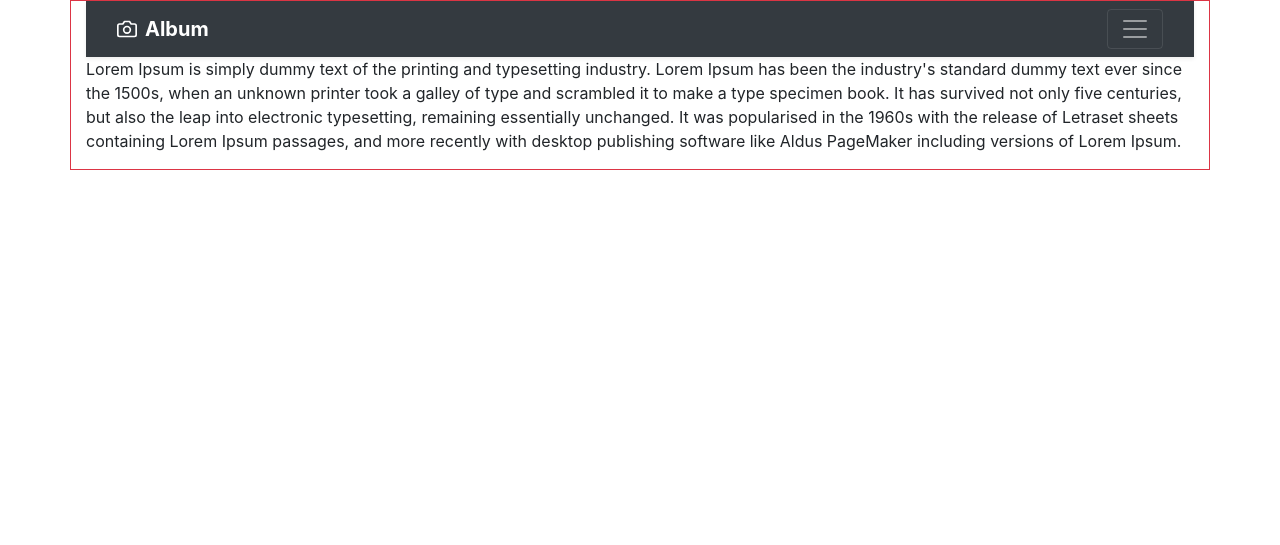
Repository: shankaraswal/react-multiple-ex
Page: /dark
These files come from the project's save history. The page is drawn as it stood at one moment and after the next save; the edit follows.
The browser window is 1280 px wide. The pictures show the whole page.
The project was rebuilt for these pictures with package versions that can differ from the ones it lists, and the page was loaded fresh each time.

Above is the page before, as saved 2020-02-04 17:25:33.

### src/App.js
import React from 'react';

import Header from './components/common/Header'
import CopyArea from './components/common/CopyArea'

function App() {
  return (
    <div className="App container border border-danger">
      <Header />
      <CopyArea/>
    </div>
  );
}

export default App;

### src/components/common/Header.js

import React, { Component } from 'react'

export class Header extends Component {
  render() {
    return (
      <header>
  <div className="collapse bg-dark" id="navbarHeader">
    <div className="container">
      <div className="row">
        <div className="col-sm-8 col-md-7 py-4">
          <h4 className="text-white">About</h4>
          <p className="text-muted">Add some information about the album below, the author, or any other background context. Make it a few sentences long so folks can pick up some informative tidbits. Then, link them off to some social networking sites or contact information.</p>
        </div>
        <div className="col-sm-4 offset-md-1 py-4">
          <h4 className="text-white">Contact</h4>
          <ul className="list-unstyled">
            <li><a href="#" className="text-white">Follow on Twitter</a></li>
            <li><a href="#" className="text-white">Like on Facebook</a></li>
            <li><a href="#" className="text-white">Email me</a></li>
          </ul>
        </div>
      </div>
    </div>
  </div>
  <div className="navbar navbar-dark bg-dark shadow-sm">
    <div className="container d-flex justify-content-between">
      <a href="#" className="navbar-brand d-flex align-items-center">
        <svg xmlns="http://www.w3.org/2000/svg" width="20" height="20" fill="none" stroke="currentColor" stroke-linecap="round" stroke-linejoin="round" stroke-width="2" aria-hidden="true" className="mr-2" viewBox="0 0 24 24" focusable="false"><path d="M23 19a2 2 0 0 1-2 2H3a2 2 0 0 1-2-2V8a2 2 0 0 1 2-2h4l2-3h6l2 3h4a2 2 0 0 1 2 2z"></path><circle cx="12" cy="13" r="4"></circle></svg>
        <strong>Album</strong>
      </a>
      <button className="navbar-toggler" type="button" data-toggle="collapse" data-target="#navbarHeader" aria-controls="navbarHeader" aria-expanded="false" aria-label="Toggle navigation">
        <span className="navbar-toggler-icon"></span>
      </button>
    </div>
  </div>
</header>
    )
  }
}

export default Header

### src/components/common/CopyArea.js
import React, { Component } from 'react'

export class CopyArea extends Component {
  render() {
    return (
      <div>
        <p>Lorem Ipsum is simply dummy text of the printing and typesetting industry. Lorem Ipsum has been the industry's standard dummy text ever since the 1500s, when an unknown printer took a galley of type and scrambled it to make a type specimen book. It has survived not only five centuries, but also the leap into electronic typesetting, remaining essentially unchanged. It was popularised in the 1960s with the release of Letraset sheets containing Lorem Ipsum passages, and more recently with desktop publishing software like Aldus PageMaker including versions of Lorem Ipsum.</p>
     </div>
    )
  }
}

export default CopyArea

Loaded but not shown: public/index.html (common file); src/index.js (common file); src/index.css (common file); src/serviceWorker.js (common file)

After the next save:
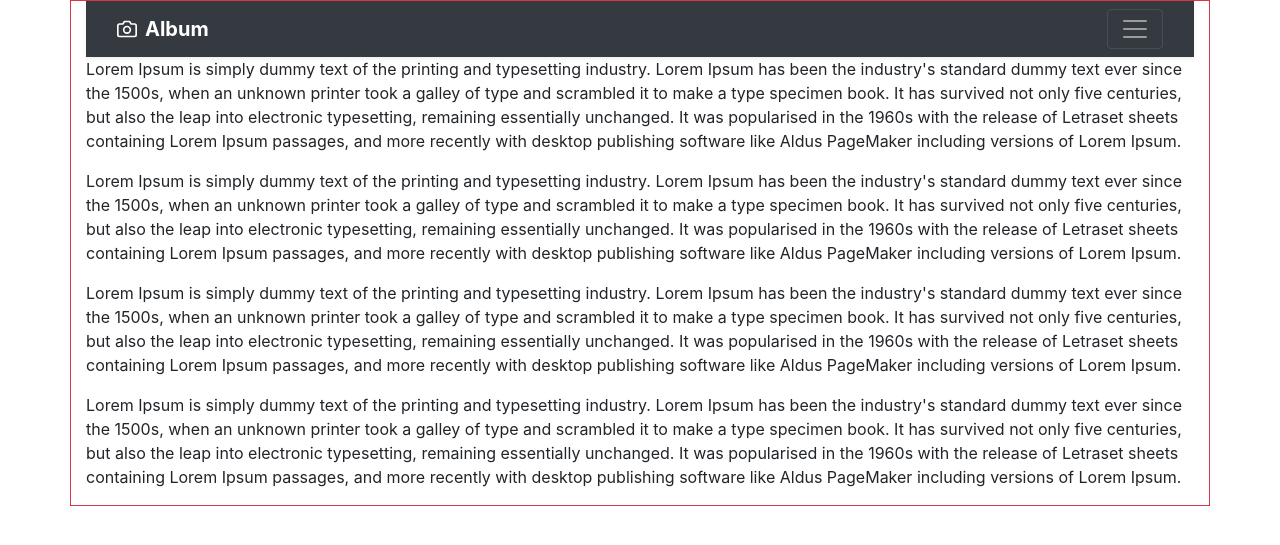
Saved 8 s later.
--- a/src/components/common/CopyArea.js
+++ b/src/components/common/CopyArea.js
@@ -5,6 +5,9 @@ export class CopyArea extends Component {
     return (
       <div>
         <p>Lorem Ipsum is simply dummy text of the printing and typesetting industry. Lorem Ipsum has been the industry's standard dummy text ever since the 1500s, when an unknown printer took a galley of type and scrambled it to make a type specimen book. It has survived not only five centuries, but also the leap into electronic typesetting, remaining essentially unchanged. It was popularised in the 1960s with the release of Letraset sheets containing Lorem Ipsum passages, and more recently with desktop publishing software like Aldus PageMaker including versions of Lorem Ipsum.</p>
+        <p>Lorem Ipsum is simply dummy text of the printing and typesetting industry. Lorem Ipsum has been the industry's standard dummy text ever since the 1500s, when an unknown printer took a galley of type and scrambled it to make a type specimen book. It has survived not only five centuries, but also the leap into electronic typesetting, remaining essentially unchanged. It was popularised in the 1960s with the release of Letraset sheets containing Lorem Ipsum passages, and more recently with desktop publishing software like Aldus PageMaker including versions of Lorem Ipsum.</p>
+        <p>Lorem Ipsum is simply dummy text of the printing and typesetting industry. Lorem Ipsum has been the industry's standard dummy text ever since the 1500s, when an unknown printer took a galley of type and scrambled it to make a type specimen book. It has survived not only five centuries, but also the leap into electronic typesetting, remaining essentially unchanged. It was popularised in the 1960s with the release of Letraset sheets containing Lorem Ipsum passages, and more recently with desktop publishing software like Aldus PageMaker including versions of Lorem Ipsum.</p>
+        <p>Lorem Ipsum is simply dummy text of the printing and typesetting industry. Lorem Ipsum has been the industry's standard dummy text ever since the 1500s, when an unknown printer took a galley of type and scrambled it to make a type specimen book. It has survived not only five centuries, but also the leap into electronic typesetting, remaining essentially unchanged. It was popularised in the 1960s with the release of Letraset sheets containing Lorem Ipsum passages, and more recently with desktop publishing software like Aldus PageMaker including versions of Lorem Ipsum.</p>
      </div>
     )
   }
